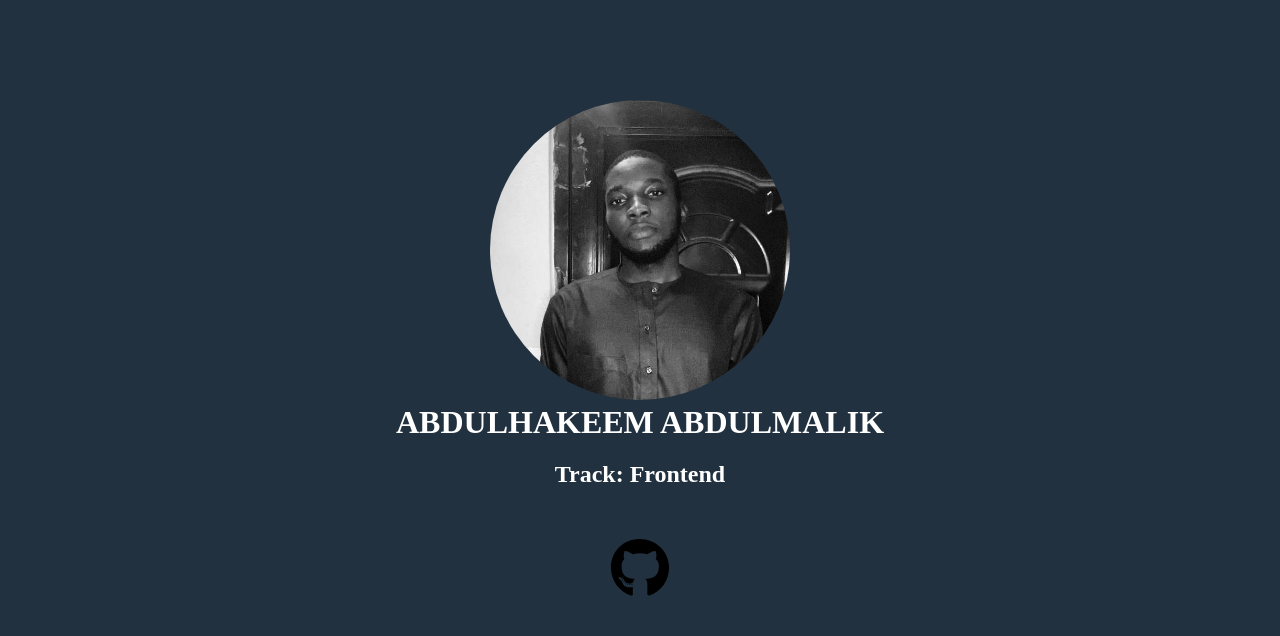
Repository: malikhakeem/HNG-TASK
Page: HNG-TASK1.html
The author's editor kept a copy of each file at every save. The page is drawn from the files as they stood at one save, then again after the next save.
The browser window is 1280 px wide. The pictures show the whole page.

Above is the page before, as saved 2023-09-08 22:11:06.

### HNG-TASK1.html
<!DOCTYPE html>
<html lang="en">

<head>
    <meta charset="UTF-8">
    <meta name="viewport" content="width=device-width, initial-scale=1.0">

    <link rel="stylesheet" href="./HNG-TASK!.css">
    <title>HNG</title>
</head>

<body>
    <div class="body">
        <div class="nav">
            <div class="nav-left"><img data-testId="slackDisplayImage" class="profile-pic" src="./pic/kim.jpg"
                    alt="Malik" /></div>
            <div class="nav-mid">
                <div class="slack-name">
                    <h1>ABDULHAKEEM ABDULMALIK</h1>
                </div>
                <div class="track">
                    <h2 data-testId="myTrack" >Track: Frontend</h2>
                </div>
            </div>
            <div class="nav-right">
                <a data-testId="githubURL" href="link address"><img src="./pic//github.svg" width="60" height="60"></a>
            </div>

        </div>
    </div>

</body>

</html>

### HNG-TASK!.css
*{
    padding:0px;
    margin:0px;

}

.profile-pic{
    width:300px;
    height:300px;
    border-radius: 50%;
}
.nav{
    /* display:flex;

    justify-content: space-between;
    padding: 150px 100px 0px 100px; */
}

.nav-right{
   padding-top: 50px;
}

.body{
    display: flex;
    display: block;
    text-align: center;
}
.track{
    padding-top: 20px;
}

body{
    padding:100px 0px 0px 0px;
    color:white;
    display:flex;
 justify-content: center;
   font-family: serif;
 background: #22313f;
}

After the next save:
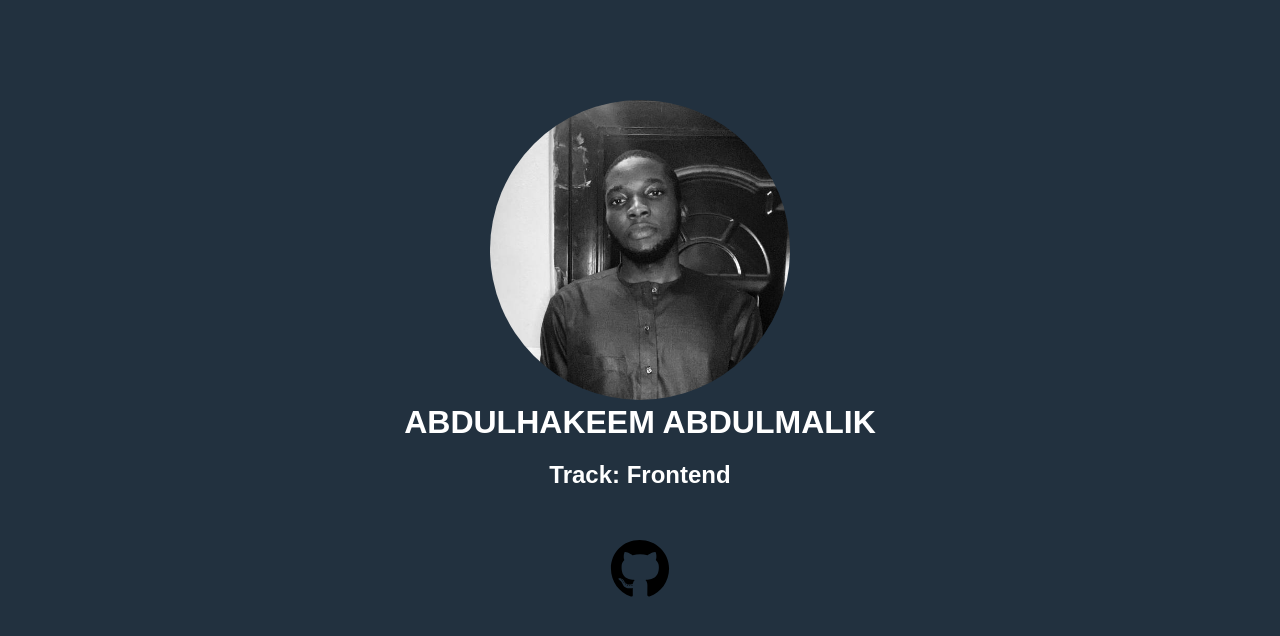
Saved 5 s later.
--- a/HNG-TASK!.css
+++ b/HNG-TASK!.css
@@ -34,6 +34,6 @@ body{
     color:white;
     display:flex;
  justify-content: center;
-   font-family: serif;
+   font-family: sans-serif;
  background: #22313f;
 }
